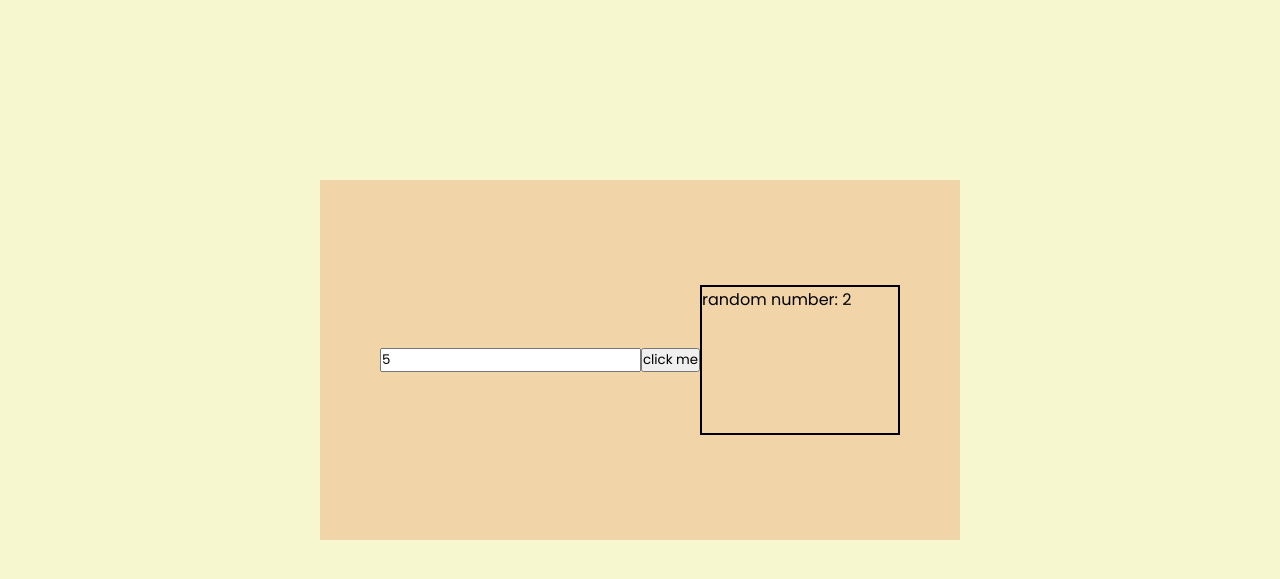
Repository: LusyaPetrosyan/Guessing-Game
Page: index.html
These files come from the project's save history. The page is drawn as it stood at one moment and after the next save; the edit follows.
The browser window is 1280 px wide. The pictures show the whole page.
Empty fields were first filled with sample values (such as "Sample", 5 or name@example.com).
After loading, the first visible `#button` was clicked once.

Above is the page before, as saved 2022-02-21 21:39:34.

### index.html
<!DOCTYPE html>
<html lang="en">
<head>
    <meta charset="UTF-8">
    <meta http-equiv="X-UA-Compatible" content="IE=edge">
    <meta name="viewport" content="width=device-width, initial-scale=1.0">
    <title>Document</title>
    <link rel="stylesheet" href="style.css">
</head>
<body>
    <div class="body">
        <div class="conteiner">
            <div class="main">
                <input type="number" id="value" placeholder="plise enter number...">
                <button class="btn" id="button">click me</button>
                <div class="table" id="show-text"></div>
            </div>
        </div>
    </div>
    <script src="script.js"></script>
</body>
</html>

### style.css
@import url('https://fonts.googleapis.com/css2?family=Poppins:wght@200;300;400;500;600;700&display=swap');
* {
    margin: 0;
    padding: 0;
    box-sizing: border-box;
    font-family: 'Poppins', sans-serif;
}

.body {
    background-color: rgb(247, 247, 207);
    position: absolute;
    width: 100%;
    height: 100%;
    display: flex;
    align-items: center;
    justify-content: center;
}

.conteiner {
    background-color: rgb(241, 212, 167);
    position: relative;
    width: 50%;
    height: 50%;
    display: flex;
    align-items: center;
    justify-content: center;
}

.main {
    display: contents;
    flex-direction: row;
}


/* .btn {

} */

.table {
    border: 2px solid black;
    width: 200px;
    height: 150px;
}

### script.js
const value = document.getElementById("value").value;
const button = document.getElementById("button")
const showText = document.getElementById("show-text");

button.addEventListener("click", function() {
    function randomNum(max) {
        return Math.floor(Math.random() * max);
    }
    showText.innerText = "random number: " + randomNum(6);
})

After the next save:
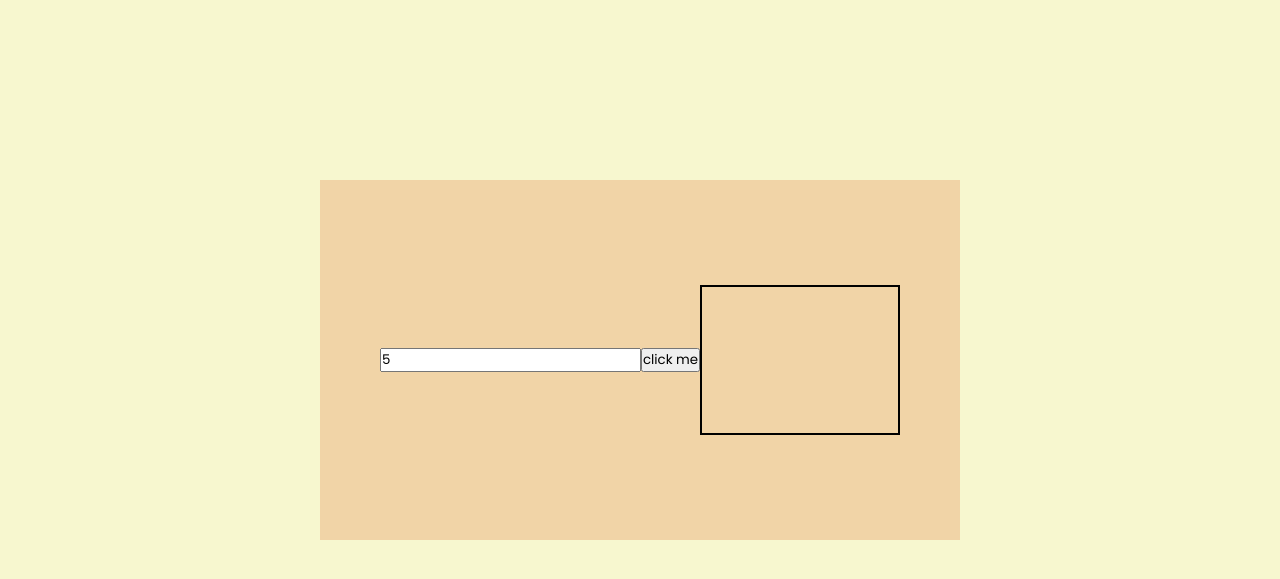
Console error: TypeError: Cannot set properties of null (setting 'innerText')
Saved 99 min 25 s later.
--- a/script.js
+++ b/script.js
@@ -1,10 +1,35 @@
-const value = document.getElementById("value").value;
-const button = document.getElementById("button")
-const showText = document.getElementById("show-text");
+const value = document.getElementById("value");
+const button = document.getElementById("button");
+const p1Text = document.querySelector(".p1");
+const p2Text = document.querySelector(".p2");
+const sum = document.querySelector(".sum");
+
+function randomNum(max) {
+    return Math.floor(Math.random() * max) + 1;
+}
 
 button.addEventListener("click", function() {
-    function randomNum(max) {
-        return Math.floor(Math.random() * max);
+    let random = randomNum(6);
+    p1Text.innerText = "random number: " + random;
+
+    let inputValue;
+    if (Number(value.value) > 6 || Number(value.value) < 1) {
+        alert("enter chisht number, 1-6")
+    } else {
+        inputValue = Number(value.value);
     }
-    showText.innerText = "random number: " + randomNum(6);
+    let count = 0;
+    if (inputValue === random) {
+        count += 2;
+    } else if (Math.abs(inputValue - random) === 1) {
+        count += 1;
+    } else {
+        count += 0;
+    }
+    let sum1 = 0;
+
+    p2Text.innerText = "count number: " + count;
+    sum1 += count;
+    console.log("sum1", sum1);
+    sum.innerHTML = sum1++;
 })
